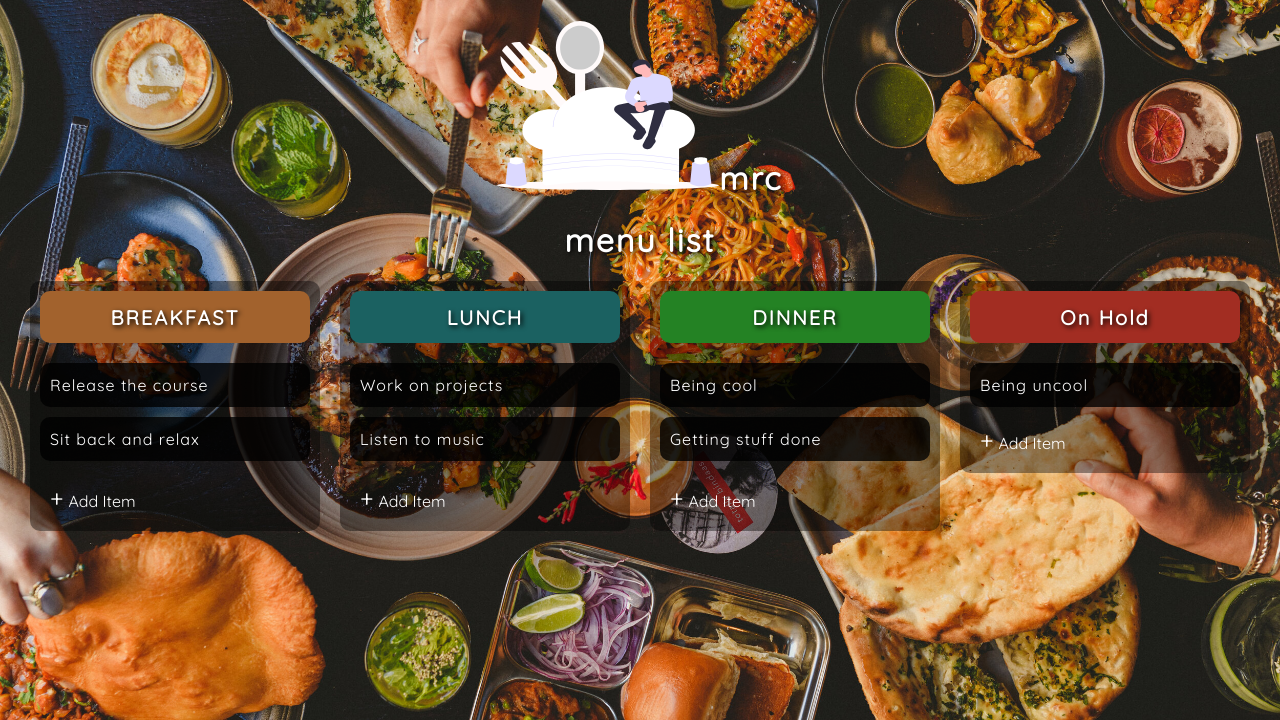
Repository: Anasooya2601/drag-and-drop
Page: index.html
These files come from the project's save history. The page is drawn as it stood at one moment and after the next save; the edit follows.
The browser window is 1280 px wide. The pictures show the whole page.

Above is the page before, as saved 2021-02-15 18:58:49.

### index.html
<!DOCTYPE html>
<html lang="en">
<head>
    <meta charset="UTF-8">
    <meta name="viewport" content="width=device-width, initial-scale=1.0">
    <title>mrc</title>
    <link rel="icon" type="image/png" href="favicon.png">
    <link rel="stylesheet" href="style.css">
</head>
<body>

   <h1 class="main-title"> <img src="mrc.svg" size="12px" alt="" srcset="">mrc</h1>

    <h1 class="main-title">menu list</h1>

    <div class="drag-container">
        <ul class="drag-list">
            <!-- Backlog Column -->
            <li class="drag-column backlog-column">
                <span class="header">
                    <h1>BREAKFAST</h1>
                </span>
                <!-- Backlog Content -->
                <div id="backlog-content" class="custom-scroll">
                    <ul class="drag-item-list" id="backlog-list" ondrop="drop(event)" ondragover="allowDrop(event)" ondragenter="dragEnter(0)"></ul>
                </div>
                <!-- Add Button Group -->
                <div class="add-btn-group">
                    <div class="add-btn" onclick="showInputBox(0)">
                        <span class="plus-sign">+</span>
                        <span>Add Item</span>
                    </div>
                    <div class="add-btn solid" onclick="hideInputBox(0)">
                        <span>Save Item</span>
                    </div>
                </div>
                <div class="add-container">
                    <div class="add-item" contenteditable="true"></div>
                </div>
            </li>
            <!-- Progress Column -->
            <li class="drag-column progress-column">
                <span class="header">
                    <h1>LUNCH</h1>
                </span>
                <!-- Progress Content -->
                <div id="progress-content" class="custom-scroll">
                    <ul class="drag-item-list" id="progress-list" ondrop="drop(event)" ondragover="allowDrop(event)" ondragenter="dragEnter(1)"></ul>
                </div>
                <!-- Add Button Group -->
                <div class="add-btn-group">
                    <div class="add-btn" onclick="showInputBox(1)">
                        <span class="plus-sign">+</span>
                        <span>Add Item</span>
                    </div>
                    <div class="add-btn solid" onclick="hideInputBox(1)">
                        <span>Save Item</span>
                    </div>
                </div>
                <div class="add-container">
                    <div class="add-item" contenteditable="true"></div>
                </div>
            </li>
            <!-- Complete Column -->
            <li class="drag-column complete-column">
                <span class="header">
                    <h1>DINNER</h1>
                </span>
                <!-- Complete Content -->
                <div id="complete-content" class="custom-scroll">
                    <ul class="drag-item-list" id="complete-list" ondrop="drop(event)" ondragover="allowDrop(event)" ondragenter="dragEnter(2)"></ul>
                </div>
                <!-- Add Button Group -->
                <div class="add-btn-group">
                    <div class="add-btn" onclick="showInputBox(2)">
                        <span class="plus-sign">+</span>
                        <span>Add Item</span>
                    </div>
                    <div class="add-btn solid" onclick="hideInputBox(2)">
                        <span>Save Item</span>
                    </div>
                </div>
                <div class="add-container">
                    <div class="add-item" contenteditable="true"></div>
                </div>
            </li>
            <!-- On Hold Column -->
            <li class="drag-column on-hold-column">
                <span class="header">
                    <h1>On Hold</h1>
                </span>
                <!-- On Hold Content -->
                <div id="on-hold-content" class="custom-scroll">
                    <ul class="drag-item-list" id="on-hold-list" ondrop="drop(event)" ondragover="allowDrop(event)" ondragenter="dragEnter(3)"></ul>
                </div>
                <!-- Add Button Group -->
                <div class="add-btn-group">
                    <div class="add-btn" onclick="showInputBox(3)">
                        <span class="plus-sign">+</span>
                        <span>Add Item</span>
                    </div>
                    <div class="add-btn solid" onclick="hideInputBox(3)">
                        <span>Save Item</span>
                    </div>
                </div>
                <div class="add-container">
                    <div class="add-item" contenteditable="true"></div>
                </div>
            </li>
        </ul>
    </div>
    <!-- Script -->
    <script src="script.js"></script>
</body>
</html>

### style.css
/* Trees Image - Pexels: https://www.pexels.com/photo/photo-of-trees-in-forest-3801030/ */
@import url("https://fonts.googleapis.com/css?family=Quicksand&display=swap");

html {
  box-sizing: border-box;
}

:root {
  --column-1: #a2622d;
  --column-2: #1b6161;
  --column-3: #248224;
  --column-4: #a22d22;
}

body {
  margin: 0;
  background: url("./mrc.jpg");
  background-size: cover;
  background-position: 50% 60%;
  background-attachment: fixed;
  color: white;
  font-family: Quicksand, sans-serif;
  overflow-y: hidden;
}

h1 {
  letter-spacing: 2px;
  text-shadow: 2px 2px 5px black;
}

.main-title {
  text-align: center;
  font-size: 3rem;
}

ul {
  list-style-type: none;
  margin: 0;
  padding: 0;
}

.drag-container {
  margin: 20px;
}

.drag-list {
  display: flex;
  align-items: flex-start;
}

/* Columns */
.drag-column {
flex: 1;
  margin: 0 10px;
  position: relative;
  background-color: rgba(0, 0, 0, 0.4);
  border-radius: 10px;
  overflow-x: hidden;
}

.backlog-column .header,
.backlog-column .solid,
.backlog-column .solid:hover,
.backlog-column .over {
  background-color: var(--column-1);
}

.progress-column .header,
.progress-column .solid,
.progress-column .solid:hover,
.progress-column .over {
  background-color: var(--column-2);
}

.complete-column .header,
.complete-column .solid,
.complete-column .solid:hover,
.complete-column .over {
  background-color: var(--column-3);
}

.on-hold-column .header,
.on-hold-column .solid,
.on-hold-column .solid:hover,
.on-hold-column .over {
  background-color: var(--column-4);
}

/* Custom Scrollbar */
.custom-scroll {
  overflow-y: auto;
  max-height: 75vh;
}

.custom-scroll::-webkit-scrollbar-track {
  box-shadow: inset 0 0 6px rgba(0, 0, 0, 0.4);
  border-radius: 10px;
  background-color: rgba(255, 255, 255, 0.3);
  margin-right: 5px;
}

.custom-scroll::-webkit-scrollbar {
  width: 10px;
}

.custom-scroll::-webkit-scrollbar-thumb {
  border-radius: 10px;
  box-shadow: inset 0 0 6px rgba(0, 0, 0, 0.3);
  background-color: rgba(0, 0, 0, 0.8);
}

.header {
  display: flex;
  justify-content: center;
  border-radius: 10px;
  margin: 10px;
}

.header h1 {
  font-size: 1.25rem;
}

/* Drag and Drop */
.over {
  padding: 50px 10px;
}

.drag-item-list {
  min-height: 50px;
}

.drag-item {
  margin: 10px;
  padding: 10px;
  height: fit-content;
  background-color: rgba(0, 0, 0, 0.8);
  border-radius: 10px;
  line-height: 1.5rem;
  letter-spacing: 1px;
  cursor: pointer;
}

.drag-item:focus {
  outline: none;
  background-color: white;
  color: black;
}

/* Add Button Group */
.add-btn-group {
  display: flex;
  justify-content: space-between;
}

.add-btn {
  margin: 10px;
  padding: 5px 10px;
  display: flex;
  align-items: center;
  cursor: pointer;
  width: fit-content;
  border-radius: 5px;
  transition: all 0.3s ease-in;
  user-select: none;
}

.add-btn:hover {
  background-color: rgba(255, 255, 255, 0.9);
  color: black;
}

.add-btn:active {
  transform: scale(0.97);
}

.solid {
  display: none;
}

.solid:hover {
  transition: unset;
  filter: brightness(95%);
  color: white;
}

.plus-sign {
  font-size: 1.5rem;
  margin-right: 5px;
  position: relative;
  top: -3px;
}

.add-container {
  margin: 10px;
  padding: 5px 10px;
  border-radius: 10px;
  background-color: rgba(255, 255, 255, 0.9);
  min-height: 100px;
  display: none;
}

.add-item {
  width: 100%;
  min-height: 100px;
  height: auto;
  background-color: white;
  border-radius: 10px;
  margin: 5px auto;
  resize: none;
  color: black;
  padding: 10px;
}

.add-item:focus {
  outline: none;
}

/* Media Query: Laptop */
@media screen and (max-width: 1800px) {
  .main-title {
    font-size: 2rem;
  }
}

/* Media Query: Large Smartphone (Vertical) */
@media screen and (max-width: 600px) {
  body {
    overflow-y: auto;
  }

  .drag-container {
    margin: 0;
  }

  .drag-list {
    display: block;
  }

  .drag-column {
    margin: 10px;
  }
}

.footer {
  position: fixed;
  left: 0;
  bottom: 0;
  width: 100%;
  height: 10%;
  background-color: black;
  color: white;
  position: flex;
  text-align: center;
}

### script.js
const addBtns = document.querySelectorAll('.add-btn:not(.solid)');
const saveItemBtns = document.querySelectorAll('.solid');
const addItemContainers = document.querySelectorAll('.add-container');
const addItems = document.querySelectorAll('.add-item');
// Item Lists
const listColumns = document.querySelectorAll('.drag-item-list');
const backlogListEl = document.getElementById('backlog-list');
const progressListEl = document.getElementById('progress-list');
const completeListEl = document.getElementById('complete-list');
const onHoldListEl = document.getElementById('on-hold-list');

// Items
let updatedOnLoad = false;

// Initialize Arrays
let backlogListArray = [];
let progressListArray = [];
let completeListArray = [];
let onHoldListArray = [];
let listArrays = [];

// Drag Functionality
let draggedItem;
let dragging = false;
let currentColumn;

// Get Arrays from localStorage if available, set default values if not
function getSavedColumns() {
  if (localStorage.getItem('backlogItems')) {
    backlogListArray = JSON.parse(localStorage.backlogItems);
    progressListArray = JSON.parse(localStorage.progressItems);
    completeListArray = JSON.parse(localStorage.completeItems);
    onHoldListArray = JSON.parse(localStorage.onHoldItems);
  } else {
    backlogListArray = ['Release the course', 'Sit back and relax'];
    progressListArray = ['Work on projects', 'Listen to music'];
    completeListArray = ['Being cool', 'Getting stuff done'];
    onHoldListArray = ['Being uncool'];
  }
}

// Set localStorage Arrays
function updateSavedColumns() {
  listArrays = [backlogListArray, progressListArray, completeListArray, onHoldListArray];
  const arrayNames = ['backlog', 'progress', 'complete', 'onHold'];
  arrayNames.forEach((arrayName, index) => {
    localStorage.setItem(`${arrayName}Items`, JSON.stringify(listArrays[index]));
  });
}

// Filter Array to remove empty values
function filterArray(array) {
  const filteredArray = array.filter(item => item !== null);
  return filteredArray;
}

// Create DOM Elements for each list item
function createItemEl(columnEl, column, item, index) {
  // List Item
  const listEl = document.createElement('li');
  listEl.textContent = item;
  listEl.id = index;
  listEl.classList.add('drag-item');
  listEl.draggable = true;
  listEl.setAttribute('onfocusout', `updateItem(${index}, ${column})`);
  listEl.setAttribute('ondragstart', 'drag(event)');
  listEl.contentEditable = true;
  // Append
  columnEl.appendChild(listEl);
}

// Update Columns in DOM - Reset HTML, Filter Array, Update localStorage
function updateDOM() {
  // Check localStorage once
  if (!updatedOnLoad) {
    getSavedColumns();
  }
  // Backlog Column
  backlogListEl.textContent = '';
  backlogListArray.forEach((backlogItem, index) => {
    createItemEl(backlogListEl, 0, backlogItem, index);
  });
  backlogListArray = filterArray(backlogListArray);
  // Progress Column
  progressListEl.textContent = '';
  progressListArray.forEach((progressItem, index) => {
    createItemEl(progressListEl, 1, progressItem, index);
  });
  progressListArray = filterArray(progressListArray);
  // Complete Column
  completeListEl.textContent = '';
  completeListArray.forEach((completeItem, index) => {
    createItemEl(completeListEl, 2, completeItem, index);
  });
  completeListArray = filterArray(completeListArray);
  // On Hold Column
  onHoldListEl.textContent = '';
  onHoldListArray.forEach((onHoldItem, index) => {
    createItemEl(onHoldListEl, 3, onHoldItem, index);
  });
  onHoldListArray = filterArray(onHoldListArray);
  // Don't run more than once, Update Local Storage
  updatedOnLoad = true;
  updateSavedColumns();
}

// Update Item - Delete if necessary, or update Array value
function updateItem(id, column) {
  const selectedArray = listArrays[column];
  const selectedColumn = listColumns[column].children;
  if (!dragging) {
    if (!selectedColumn[id].textContent) {
      delete selectedArray[id];
    } else {
      selectedArray[id] = selectedColumn[id].textContent;
    }
    updateDOM();
  }
}

// Add to Column List, Reset Textbox
function addToColumn(column) {
  const itemText = addItems[column].textContent;
  const selectedArray = listArrays[column];
  selectedArray.push(itemText);
  addItems[column].textContent = '';
  updateDOM(column);
}

// Show Add Item Input Box
function showInputBox(column) {
  addBtns[column].style.visibility = 'hidden';
  saveItemBtns[column].style.display = 'flex';
  addItemContainers[column].style.display = 'flex';
}

// Hide Item Input Box
function hideInputBox(column) {
  addBtns[column].style.visibility = 'visible';
  saveItemBtns[column].style.display = 'none';
  addItemContainers[column].style.display = 'none';
  addToColumn(column);
}

// Allows arrays to reflect Drag and Drop items
function rebuildArrays() {
  backlogListArray = [];
  for (let i = 0; i < backlogListEl.children.length; i++) {
    backlogListArray.push(backlogListEl.children[i].textContent);
  }
  progressListArray = [];
  for (let i = 0; i < progressListEl.children.length; i++) {
    progressListArray.push(progressListEl.children[i].textContent);
  }
  completeListArray = [];
  for (let i = 0; i < completeListEl.children.length; i++) {
    completeListArray.push(completeListEl.children[i].textContent);
  }
  onHoldListArray = [];
  for (let i = 0; i < onHoldListEl.children.length; i++) {
    onHoldListArray.push(onHoldListEl.children[i].textContent);
  }
  updateDOM();
}

// When Item Enters Column Area
function dragEnter(column) {
  listColumns[column].classList.add('over');
  currentColumn = column;
}

// When Item Starts Dragging
function drag(e) {
  draggedItem = e.target;
  dragging = true;
}

// Column Allows for Item to Drop
function allowDrop(e) {
  e.preventDefault();
}

// Dropping Item in Column
function drop(e) {
  e.preventDefault();
  const parent = listColumns[currentColumn];
  // Remove Background Color/Padding
  listColumns.forEach((column) => {
    column.classList.remove('over');
  });
  // Add item to Column
  parent.appendChild(draggedItem);
  // Dragging complete
  dragging = false;
  rebuildArrays();
}

// On Load
updateDOM();

After the next save:
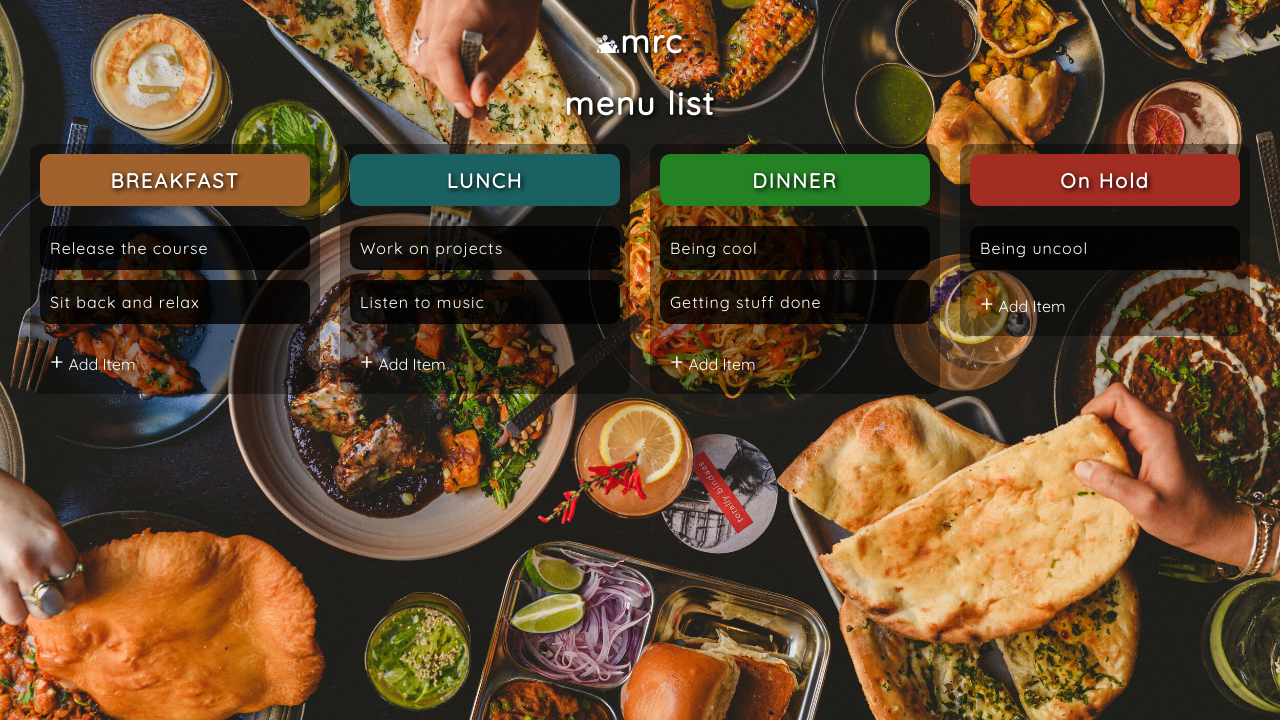
Saved 23 s later.
--- a/index.html
+++ b/index.html
@@ -9,7 +9,7 @@
 </head>
 <body>
 
-   <h1 class="main-title"> <img src="mrc.svg" size="12px" alt="" srcset="">mrc</h1>
+   <h1 class="main-title"> <img src="mrc.svg" width="24px" alt="" srcset="">mrc</h1>
 
     <h1 class="main-title">menu list</h1>
 
